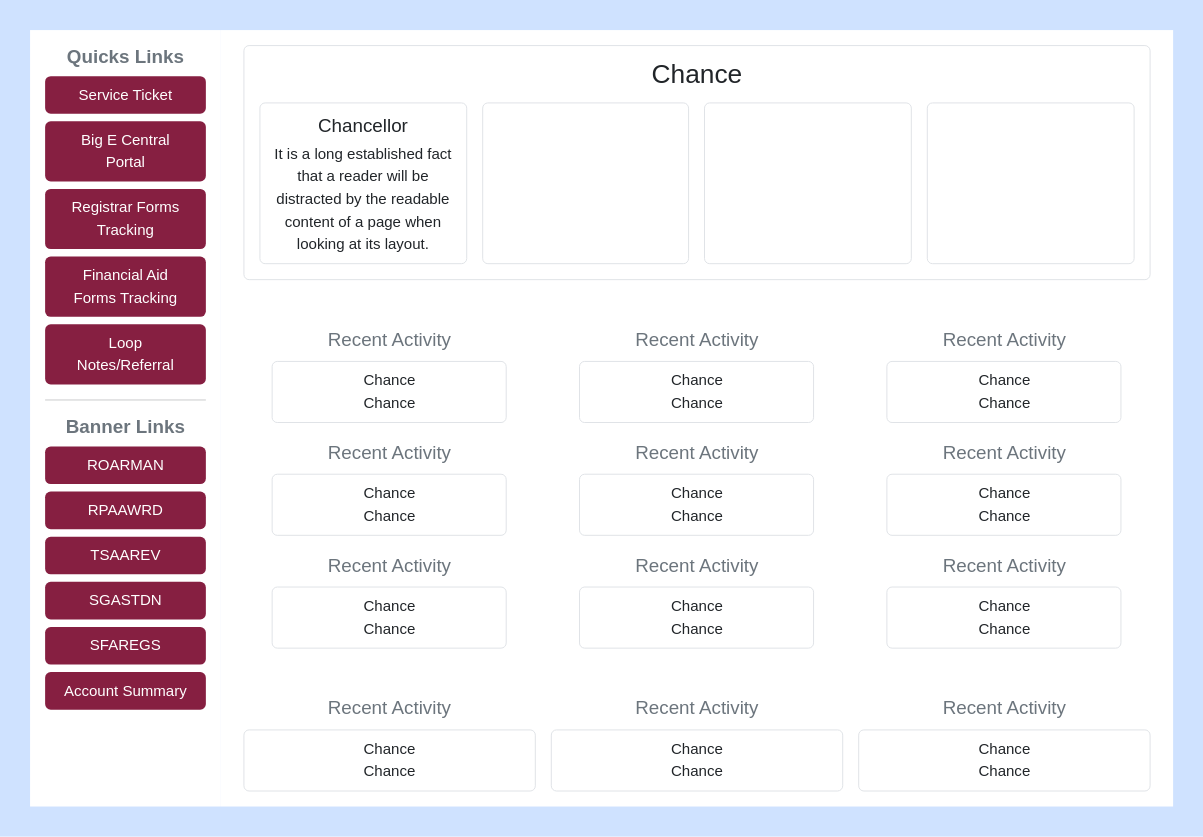
Repository: chancellor-w-whitaker/bec-tab
Page: /
An editor plug-in stored every save of this project. The page is shown before and after the next save, followed by the edit.
The browser window is 1280 px wide. The pictures show the whole page, at 94% of full size.
Some web fonts or font styles are not loaded; a fallback is used. The project was rebuilt for these pictures with package versions that can differ from the ones it lists, and the page was loaded fresh each time. Also part of the build but not shown: vite.config.js.

Above is the page before, as saved 2024-01-07 18:25:00.

After the next save:
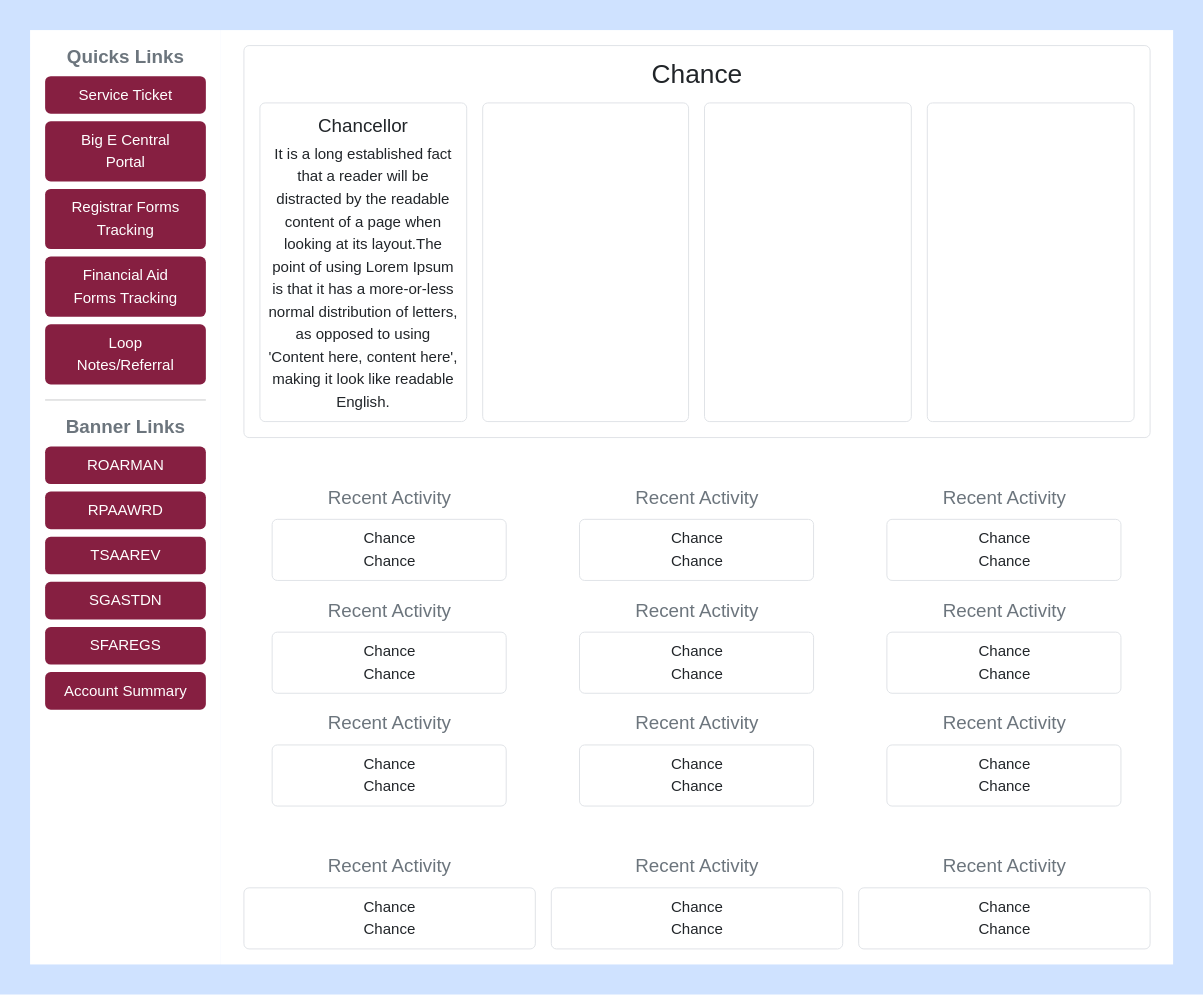
Saved 10 s later.
--- a/src/App.jsx
+++ b/src/App.jsx
@@ -103,7 +103,7 @@
               <div className="border rounded p-2 d-flex flex-column gap-1 w-100">
                 <div className="fs-5">Chancellor</div>
                 <p className="mb-0">
-                  {genericSentences.slice(0, 1).map((sen) => sen)}
+                  {genericSentences.slice(0, 2).map((sen) => sen)}
                 </p>
               </div>
               <div className="border rounded p-2 d-flex flex-column w-100">

After the save that followed:
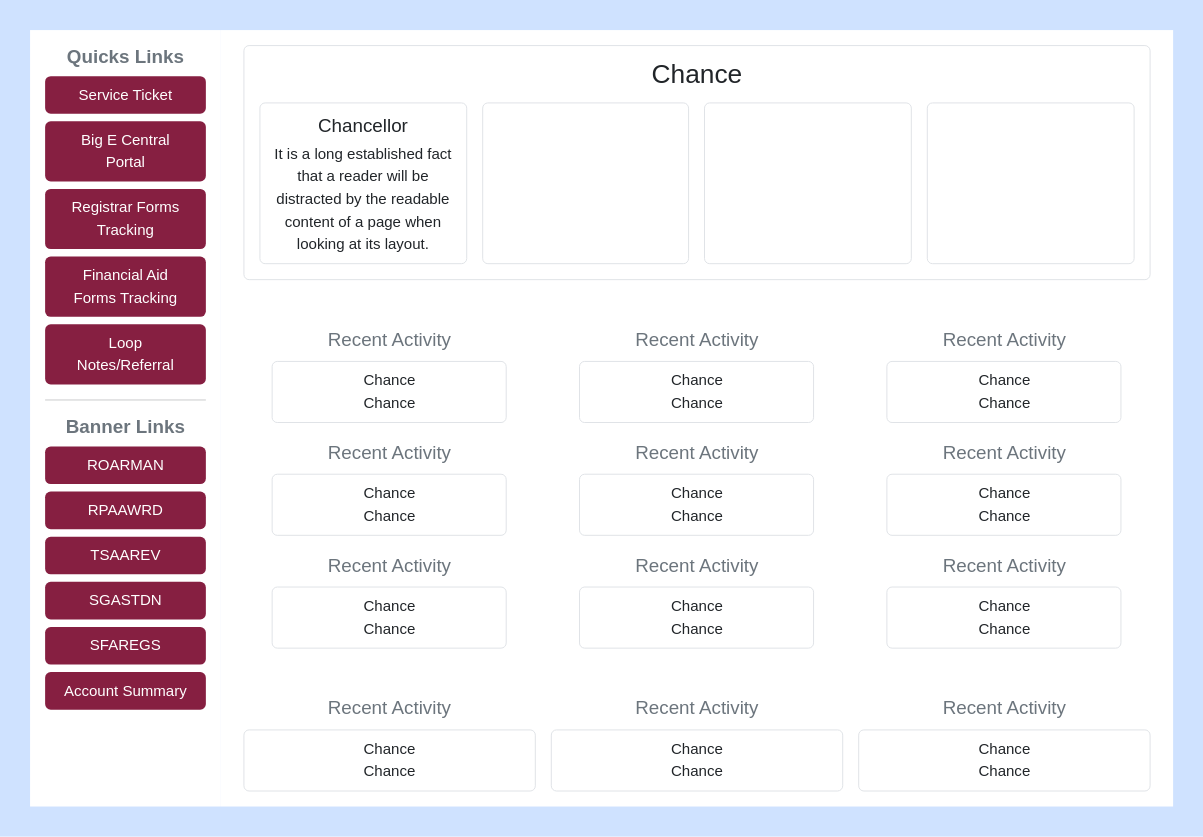
Saved 7 s later.
--- a/src/App.jsx
+++ b/src/App.jsx
@@ -103,7 +103,7 @@
               <div className="border rounded p-2 d-flex flex-column gap-1 w-100">
                 <div className="fs-5">Chancellor</div>
                 <p className="mb-0">
-                  {genericSentences.slice(0, 2).map((sen) => sen)}
+                  {genericSentences.slice(0, 1).map((sen) => sen)}
                 </p>
               </div>
               <div className="border rounded p-2 d-flex flex-column w-100">
